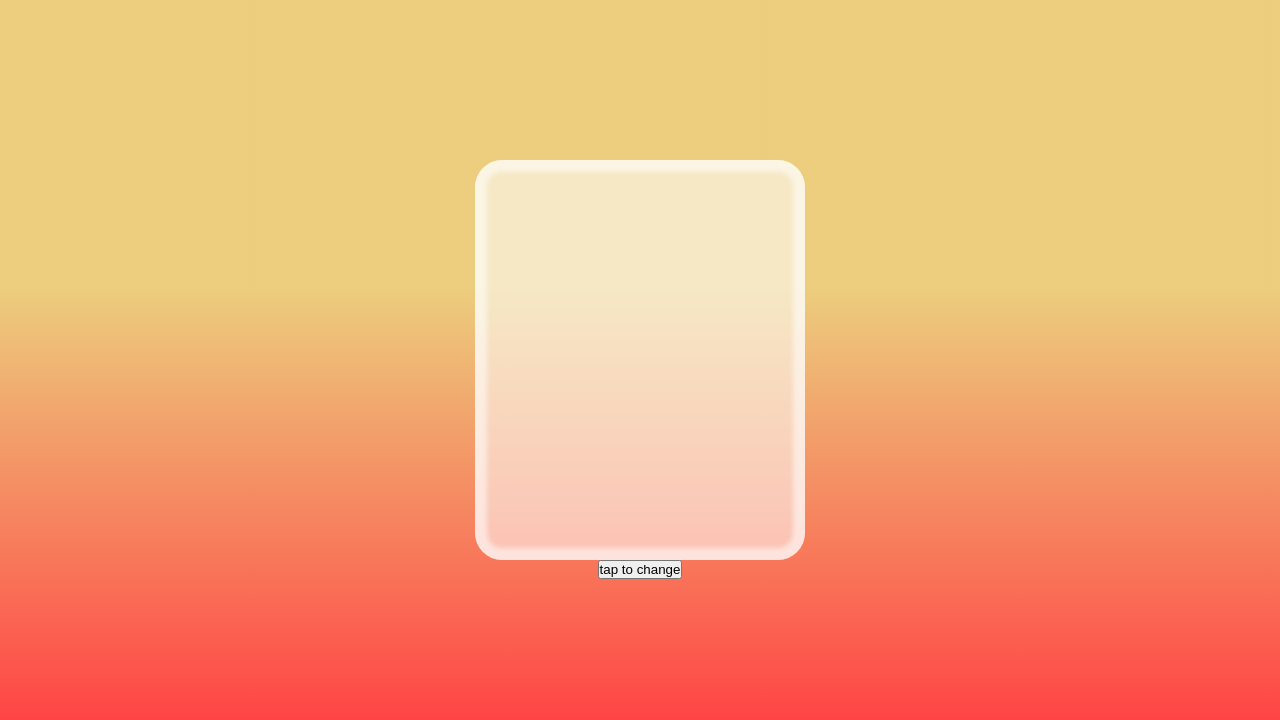
Repository: ThanhThn/profile
Page: index.html
These files come from the project's save history. The page is drawn as it stood at one moment and after the next save; the edit follows.
The browser window is 1280 px wide. The pictures show the whole page.

Above is the page before, as saved 2022-12-04 23:45:34.

### index.html
<!DOCTYPE html>
<html lang="en">
<head>
    <meta charset="UTF-8">
    <meta http-equiv="X-UA-Compatible" content="IE=edge">
    <meta name="viewport" content="width=device-width, initial-scale=1.0">
    <title>Document</title>
    <link rel="stylesheet" href="style.css">
</head>
<body>
    <div class="container">
        <div class="content"></div>
        <button>tap to change</button>
    </div>
</body>
</html>

### style.css
*{
    padding: 0;
    margin: 0;
    box-sizing: border-box;
}

body{
    background:  linear-gradient( to bottom, rgba(223, 172,39,60%) 40%, rgba(255,22,22,80%) 100% );
    width: 100%;
    height: 100vh;
}
.container{
    position: absolute;
    top: calc((100% - 400px)/2);
    left: calc((100% - 330px)/2);
    display: flex;
    flex-direction: column;
    align-items: center;
}

.content{
    width: 330px;
    height: 400px;
    background: rgba(255, 255, 255, 55%);
    border-radius: 27px;
    box-shadow: inset 0px 0px 5px 12px rgba(255, 255, 255, 55%);
}

After the next save:
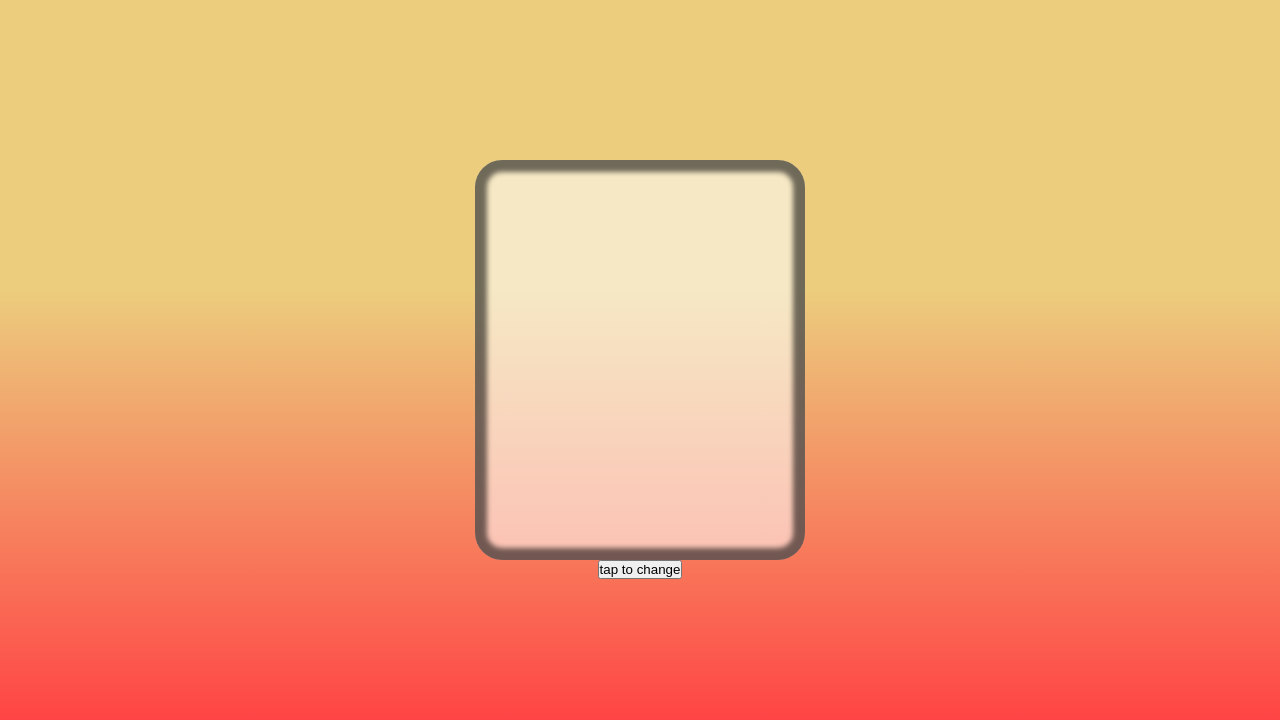
Saved 16 s later.
--- a/style.css
+++ b/style.css
@@ -23,5 +23,5 @@ body{
     height: 400px;
     background: rgba(255, 255, 255, 55%);
     border-radius: 27px;
-    box-shadow: inset 0px 0px 5px 12px rgba(255, 255, 255, 55%);
+    box-shadow: inset 0px 0px 5px 12px rgba(0, 0, 0, 55%);
 }
